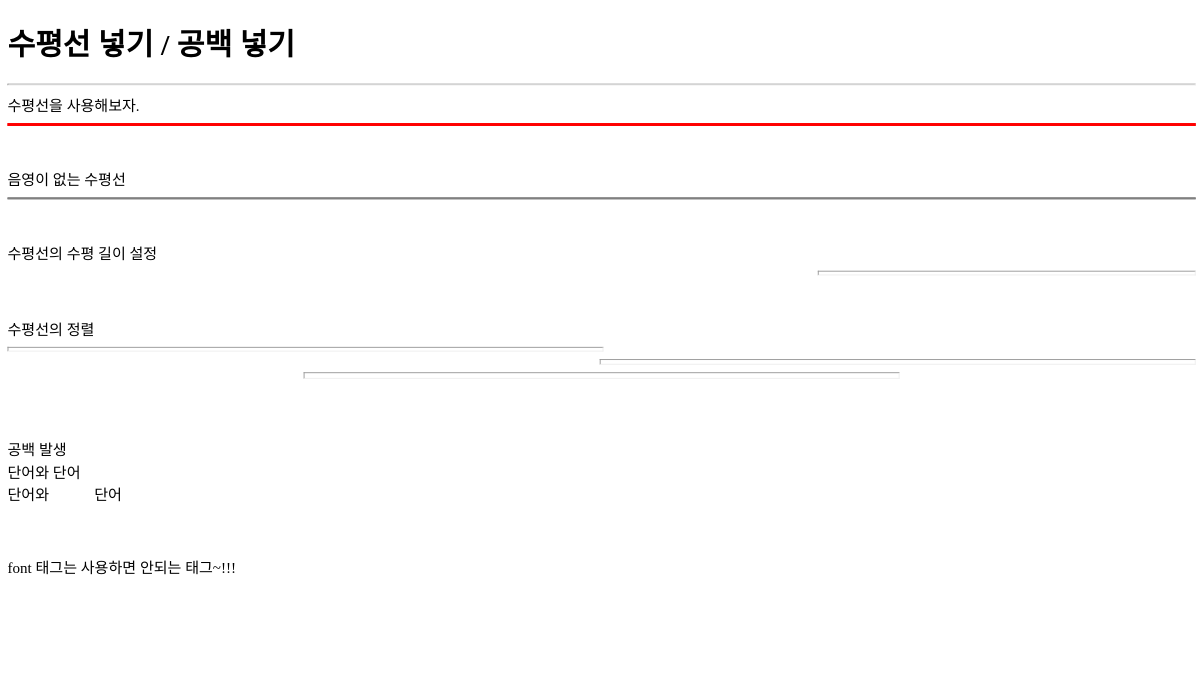
Repository: jp0301/WebStudy
Page: WebApp01/WebContent/Test006.html
An editor plug-in stored every save of this project. The page is shown before and after the next save, followed by the edit.
The browser window is 1280 px wide. The pictures show the whole page, at 94% of full size.

Above is the page before, as saved 2022-09-27 00:30:44.

After the next save:
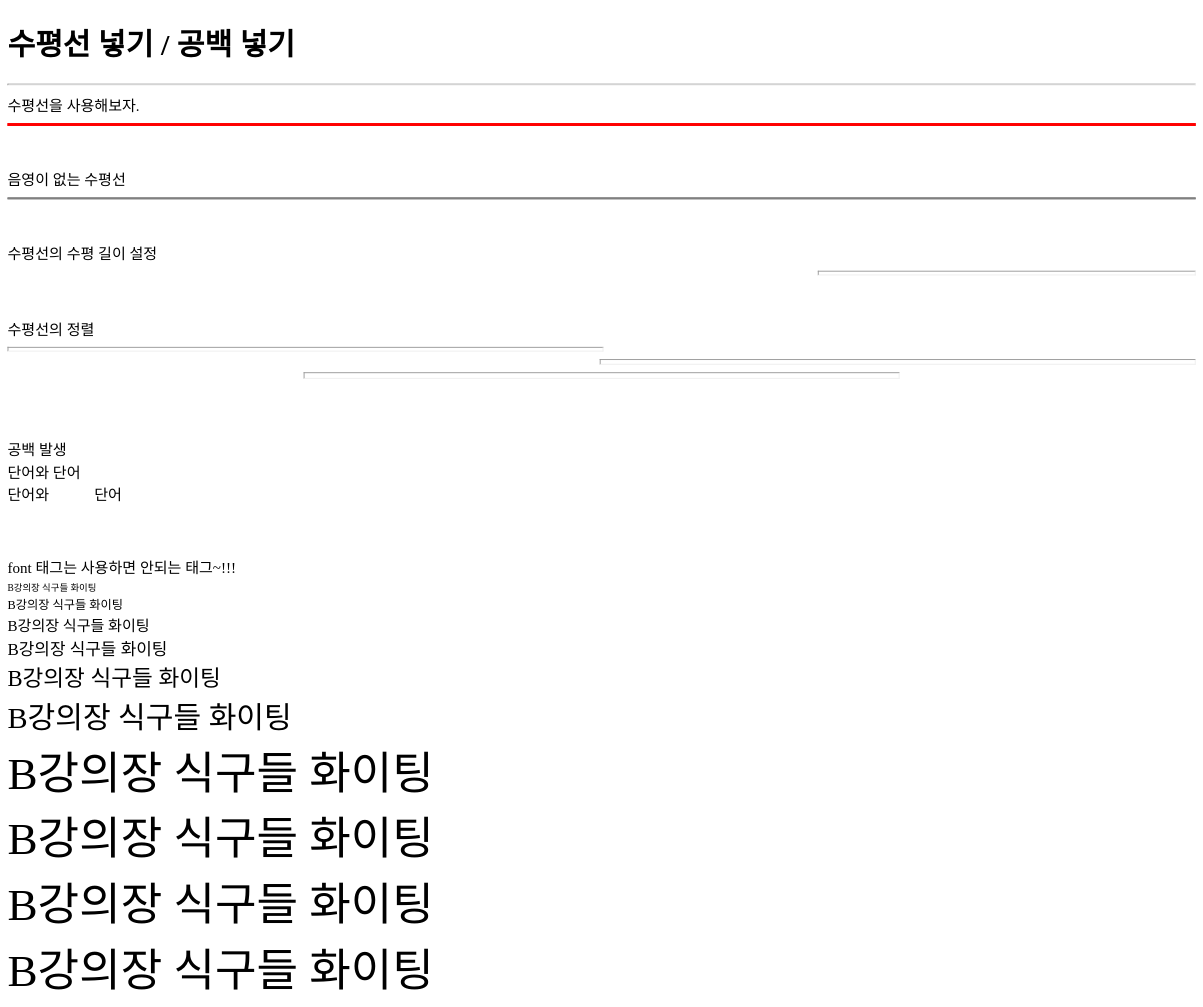
Saved 86 s later.
--- a/WebApp01/WebContent/Test006.html
+++ b/WebApp01/WebContent/Test006.html
@@ -42,7 +42,16 @@
 
 	<div>
 		font 태그는 사용하면 안되는 태그~!!!<br>
-
+		<font size="1">B강의장 식구들 화이팅</font><br>
+		<font size="2">B강의장 식구들 화이팅</font><br>
+		<font size="3">B강의장 식구들 화이팅</font><br>
+		<font size="4">B강의장 식구들 화이팅</font><br>
+		<font size="5">B강의장 식구들 화이팅</font><br>
+		<font size="6">B강의장 식구들 화이팅</font><br>
+		<font size="7">B강의장 식구들 화이팅</font><br>
+		<font size="8">B강의장 식구들 화이팅</font><br>
+		<font size="9">B강의장 식구들 화이팅</font><br>
+		<font size="10">B강의장 식구들 화이팅</font><br>
 	</div>
 
 
